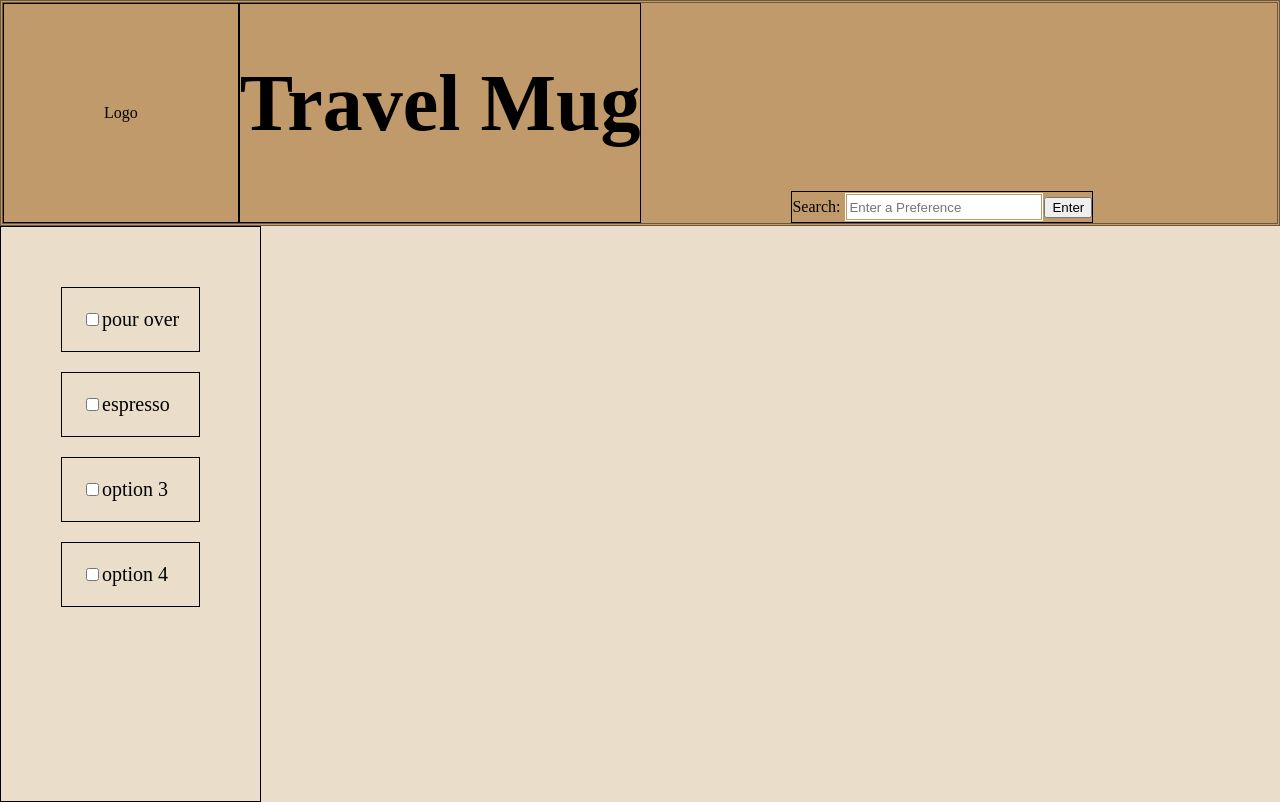
Repository: joshliu14/Travel-Mug
Page: /
The author's editor kept a copy of each file at every save. The page is drawn from the files as they stood at one save, then again after the next save.
The browser window is 1280 px wide. The pictures show the whole page.
The project was rebuilt for these pictures with package versions that can differ from the ones it lists, and the page was loaded fresh each time.

Above is the page before, as saved 2024-01-03 02:31:05.

### public/index.html
<!DOCTYPE html>
<html lang="en">
  <head>
    <meta charset="utf-8" />
    <link rel="icon" href="%PUBLIC_URL%/favicon.ico" />
    <link rel="stylesheet" href="./index.css" />
    <meta name="viewport" content="width=device-width, initial-scale=1" />
    <meta name="theme-color" content="#000000" />
    <meta
      name="description"
      content="Web site created using create-react-app"
    />
    <link rel="apple-touch-icon" href="%PUBLIC_URL%/logo192.png" />
    <!--
      manifest.json provides metadata used when your web app is installed on a
      user's mobile device or desktop. See https://developers.google.com/web/fundamentals/web-app-manifest/
    -->
    <link rel="manifest" href="%PUBLIC_URL%/manifest.json" />
    <!--
      Notice the use of %PUBLIC_URL% in the tags above.
      It will be replaced with the URL of the `public` folder during the build.
      Only files inside the `public` folder can be referenced from the HTML.

      Unlike "/favicon.ico" or "favicon.ico", "%PUBLIC_URL%/favicon.ico" will
      work correctly both with client-side routing and a non-root public URL.
      Learn how to configure a non-root public URL by running `npm run build`.
    -->
    <title>Travel Mug</title>
  </head>
  <body>
    <noscript>You need to enable JavaScript to run this app.</noscript>
    <div id="root"></div>
    <!--
      This HTML file is a template.
      If you open it directly in the browser, you will see an empty page.

      You can add webfonts, meta tags, or analytics to this file.
      The build step will place the bundled scripts into the <body> tag.

      To begin the development, run `npm start` or `yarn start`.
      To create a production bundle, use `npm run build` or `yarn build`.
    -->
  </body>
</html>

### src/index.js
import React from "react";
import ReactDOM from "react-dom";
import App from "./App";

import { BrowserRouter } from "react-router-dom";

ReactDOM.render(
  <BrowserRouter>
    <App />
  </BrowserRouter>,
  document.getElementById("root")
);

### src/App.js
import React from "react";
import Home from "./Home";

import { Switch, Route } from "react-router-dom";

const App = () => {
  return (
    <Switch>
      <Route exact path="/">
        <Home />
      </Route>
    </Switch>
  );
};

export default App;

### src/Home.js
import React from "react";
import "./Home.css";

class Home extends React.Component {
  constructor(props) {
    super(props);
    this.state = {
      filterOptions: [
        { name: "pour over", selected: false },
        { name: "espresso", selected: false },
        { name: "option 3", selected: false },
        { name: "option 4", selected: false },
      ],
    };
  }
  handleFilterChange = (index) => {
    const filterOptions = this.state.filterOptions.slice();
    filterOptions.splice(index, 1, {
      name: filterOptions[index].name,
      selected: !filterOptions[index].selected,
    });
    this.setState({ filterOptions });
  };

  render() {
    const filterOptions = this.state.filterOptions.map((option, index) => {
      return (
        <div className="filter" key={index}>
          <label>
            <input
              type="checkbox"
              value={option.name}
              checked={option.selected}
              onChange={() => this.handleFilterChange(index)}
            />
            {option.name}
          </label>
        </div>
      );
    });
    return (
      <div>
        <div className="top">
          <div className="logo">Logo</div>
          <div className="title">
            <h1>Travel Mug</h1>
          </div>
          <div className="search-container">
            Search:{" "}
            <input className="search-bar" placeholder="Enter a Preference" />
            <button>Enter</button>
          </div>
        </div>
        <div className="bottom">
          <div className="filter-container">{filterOptions}</div>
        </div>
      </div>
    );
  }
}

export default Home;

### src/Home.css
.top {
  background-color: #c19a6b;
  display: flex;
  min-width: fit-content;
  min-height: 20vh;
  border-width: 3px;
  border-color: #6d573d;
  border-style: double;
}

.logo {
  padding: 100px;
  border: 1px solid black;
}

.title {
  text-align: center;
  font-size: 40px;
  border: 1px solid black;
}

.nav {
  align-self: last baseline;
  display: flex;
  justify-content: center;
  border: 1px solid black;
}
.nav a {
  font-size: large;
  padding: 10px 20px;
  color: black;
  display: block;
  text-decoration: none;
}

.nav a:hover {
  color: aliceblue;
  background-color: #6d573d;
}
.bottom {
  background-color: #eaddca;
  display: flex;
  min-width: fit-content;
  min-height: 80vh;
}

.search-container {
  align-self: last baseline;
  border: 1px solid black;
  margin-left: 150px;
}
.search-bar {
  width: 200px;
  height: 30px;
  box-sizing: border-box;
  border-width: 3px;
  border-color: #c19a6b;
  border-style: double;
}

.filter-container {
  margin-left: 0px;
  margin-right: 0px;
  padding: 40px;
  border: 1px solid black;
}

.filter {
  display: block;
  justify-content: center;
  padding: 20px;
  font-size: 20px;
  margin: 20px;
  border: 1px solid black;
}

### public/index.css
html,
body {
  margin: 0px;
  padding: 0px;
}

After the next save:
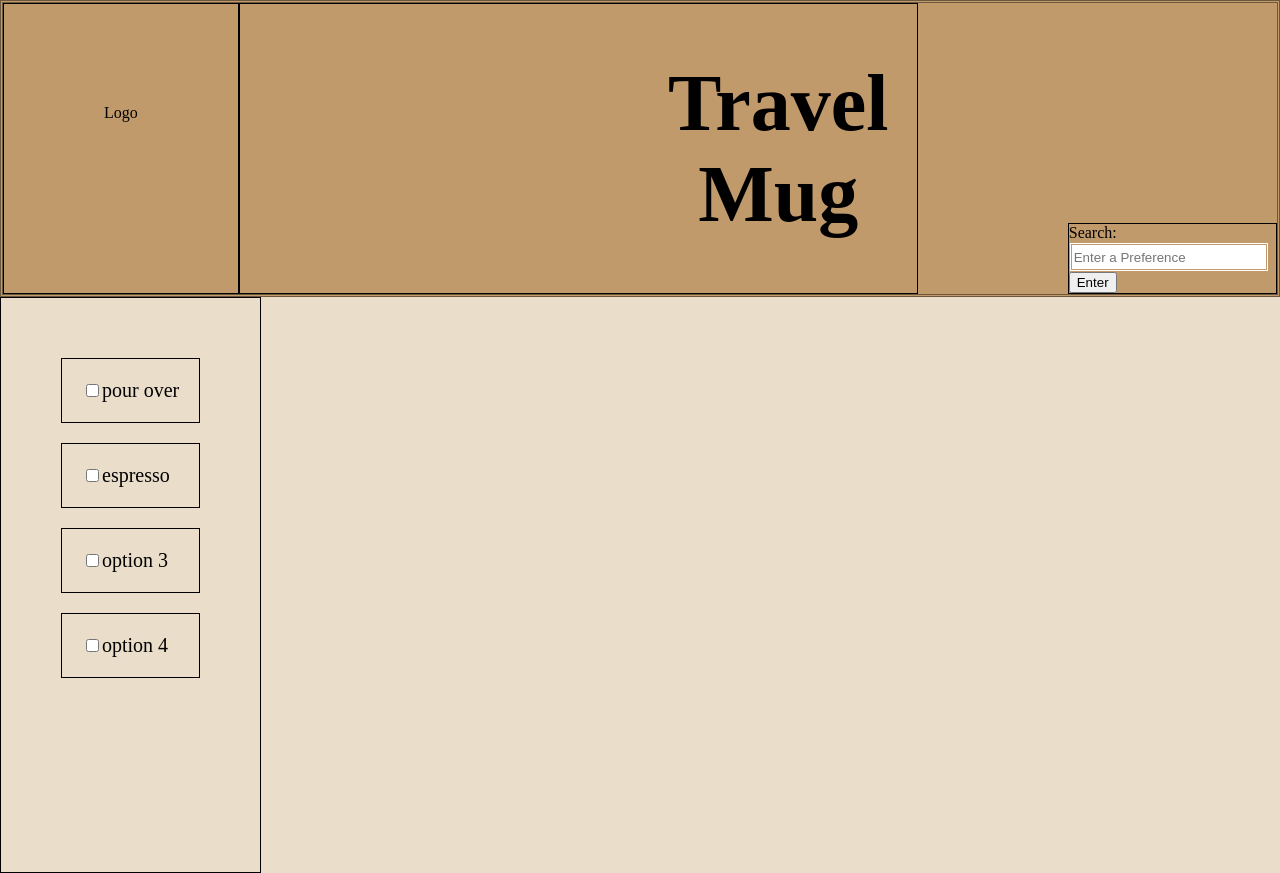
Saved 25 s later.
--- a/src/Home.css
+++ b/src/Home.css
@@ -16,6 +16,7 @@
 .title {
   text-align: center;
   font-size: 40px;
+  padding-left: 400px;
   border: 1px solid black;
 }
 
